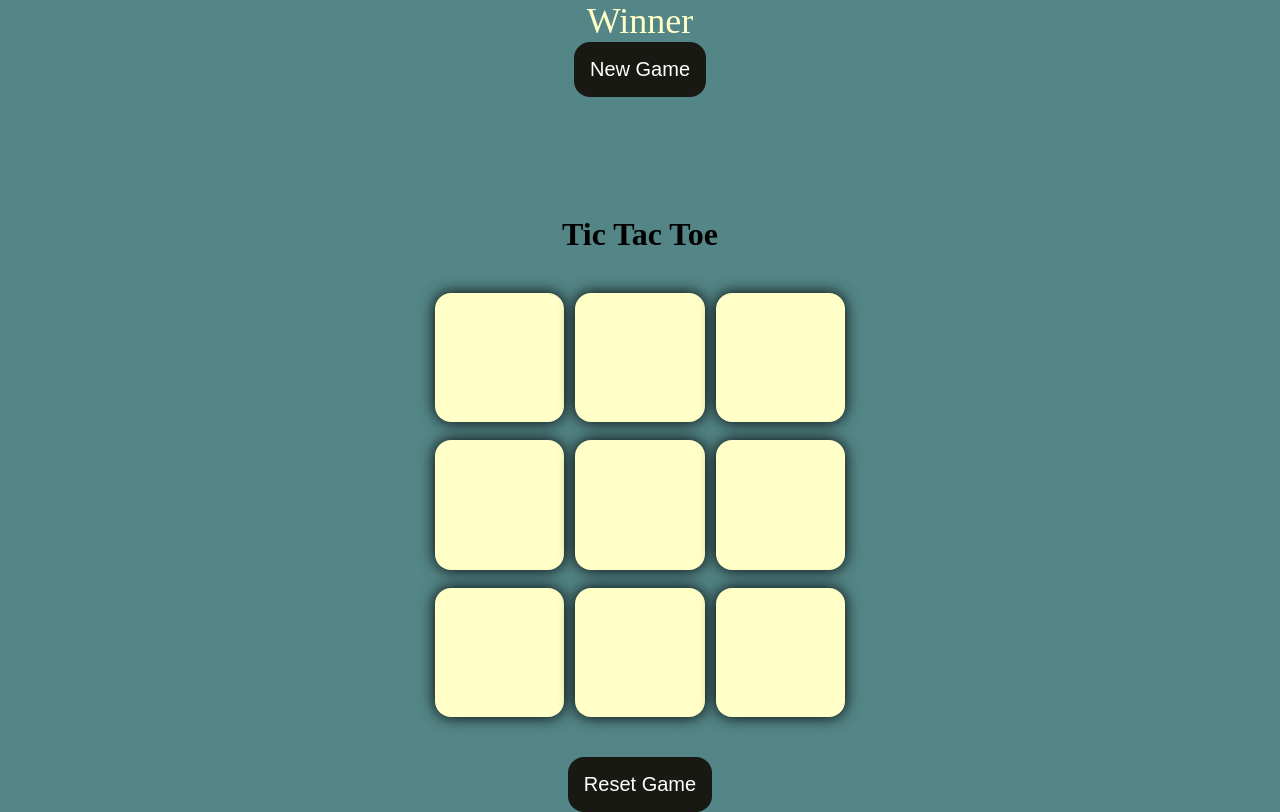
Repository: pankaj-shaw05/Tic-Tac-Toe
Page: index.html
An editor plug-in stored every save of this project. The page is shown before and after the next save, followed by the edit.
The browser window is 1280 px wide. The pictures show the whole page.

Above is the page before, as saved 2026-04-07 20:37:09.

### index.html
<!DOCTYPE html>
<html lang="en">
<head>
    <meta charset="UTF-8">
    <meta name="viewport" content="width=device-width, initial-scale=1.0">
    <title>Tic-Tac-Toe Game</title>
    <link rel="stylesheet" href="style.css"/>
</head>
<body>
    <div class="msg-container">
        <p id="msg">Winner</p>
        <button id="new-btn">New Game</button>
    </div>
    <main>
        <h1>Tic Tac Toe</h1>
        <div class="container">
        <div class="game">
            <button class="box"></button>
            <button class="box"></button>
            <button class="box"></button>
            <button class="box"></button>
            <button class="box"></button>
            <button class="box"></button>
            <button class="box"></button>
            <button class="box"></button>
            <button class="box"></button>
        </div>
        </div>
        <button id="reset-btn">Reset Game</button>
    </main>
    <script src="app.js"></script>
</body>
</html>

### style.css
* {
    margin: 0;
    padding: 0;

}

body {
    background-color: #548687;
    text-align: center;
}

.container {
    height: 70vh;
    display: flex;
    justify-content: center;
    align-items: center;
}

.game {
    height: 60vmin;
    width: 60vmin;
    display: flex;
    flex-wrap: wrap;
    justify-content: center;
    align-items: center;
    gap: 1.5vmin;
}

.box {
    height: 18vmin;
    width: 18vmin;
    border-radius: 1rem;
    border: none;
    box-shadow: 0 0 1rem rgba(0,0,0.3);
    font-size: 8vmin;
    color: #b0413e;
    background-color: #ffffc7;
}

#reset-btn {
    padding: 1rem;
    font-size: 1.25rem;
    background-color: #191913;
    color: #fff;
    border-radius: 1rem;
    border: none;
}

#new-btn {
    padding: 1rem;
    font-size: 1.25rem;
    background-color: #191913;
    color: #fff;
    border-radius: 1rem;
    border: none;
}

#msg {
    color: #ffffc7;
    font-size: 5vmin;
}

.msg-container {
    height: 30vmin;

}

.hide {
    display: none;
}

### app.js
let boxes = document.querySelectorAll(".box");
let resetBtn =document.querySelector("#reset-btn");

let turnO =true;

const winPatterns = [
    [0, 1, 2],
    [0, 3, 6],
    [0, 4, 8],
    [1, 4, 7],
    [2, 5, 8],
    [2, 4, 6],
    [3, 4, 5],
    [6, 7, 8],
];

boxes.forEach((box) => {
    box.addEventListener("click", () => {
        console.log("box was clicked");
        if(turnO) {
            box.innerText = "O";
            turnO = false;
        }else{
            box.innerText = "X";
            turnO = true;
        }
        box.disabled =true;
        checkWinner();
    });

});
const checkWinner = () => {
    for( let pattern of winPatterns) {
            let pos1val = boxes[pattern[0]].innerText
            let pos2val = boxes[pattern[1]].innerText
            let pos3val = boxes[pattern[2]].innerText

            if(pos1val !="" && pos2val !="" && pos3val != ""){
                if(pos1val === pos2val && pos2val === pos3val) {
                    console.log("winner",pos1val);
                }
            }
    }
}

After the next save:
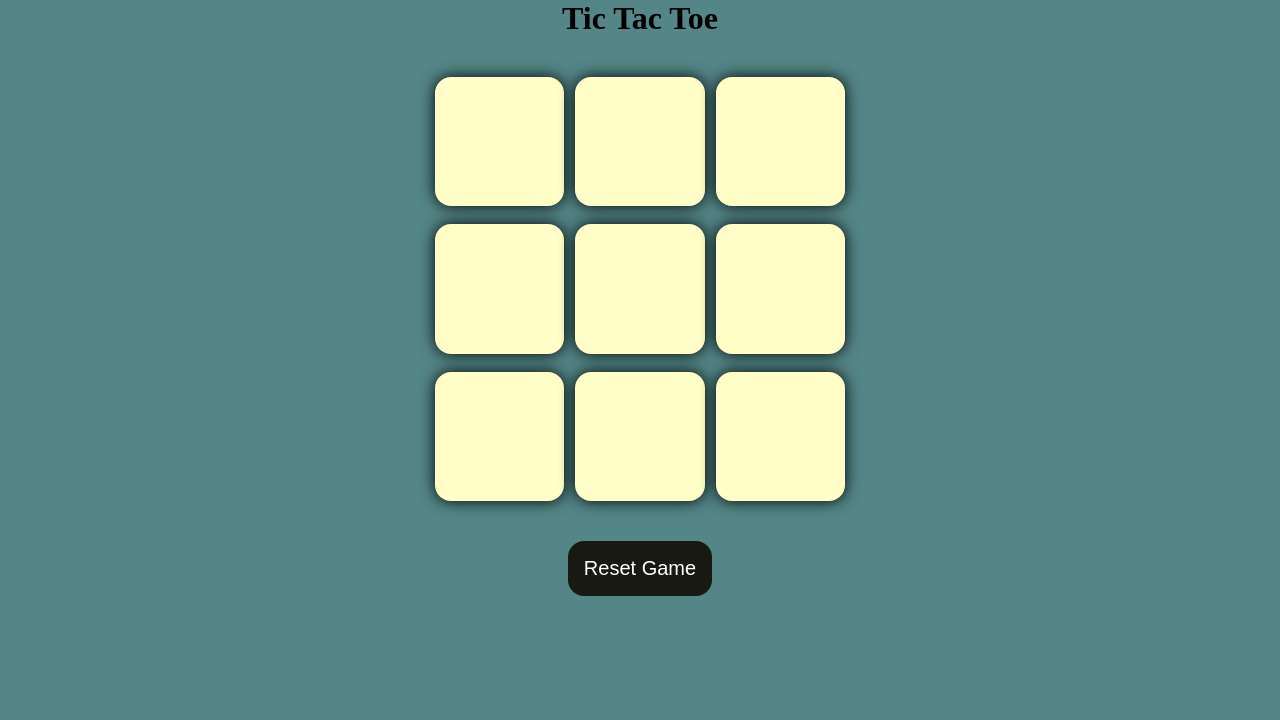
Saved 54 s later.
--- a/index.html
+++ b/index.html
@@ -7,7 +7,7 @@
     <link rel="stylesheet" href="style.css"/>
 </head>
 <body>
-    <div class="msg-container">
+    <div class="msg-container hide">
         <p id="msg">Winner</p>
         <button id="new-btn">New Game</button>
     </div>
